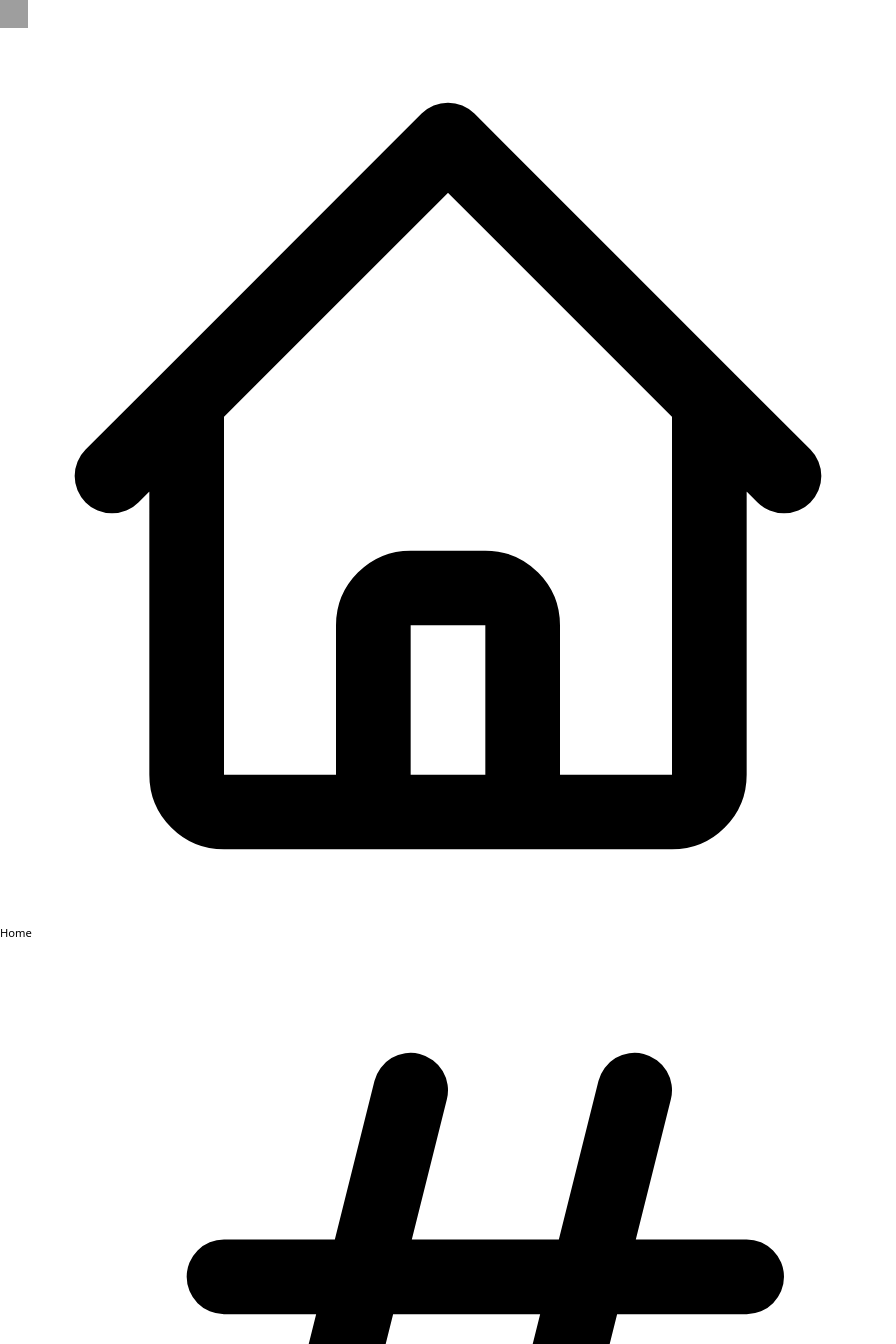
Repository: kushagrasaxena061/Twitter-sanity
Page: /
These files come from the project's save history. The page is drawn as it stood at one moment and after the next save; the edit follows.
The browser window is 1280 px wide. The pictures show the part of the page from y = 0 to 1920 px (the page is 7864 px tall before and 720 px after), at 70% of full size.
Pictures or frames that could not be fetched are drawn as grey boxes. The project was rebuilt for these pictures with package versions that can differ from the ones it lists, and the page was loaded fresh each time. The framework's server and built-in components were replaced by stand-ins that run in the browser. Also part of the build but not shown: next.config.js.

Above is the page before, as saved 2022-10-17 23:40:04.

### pages/index.js
import Head from "next/head"
import Sidebar from "../components/Sidebar.tsx"


const Home = () => {
  return (
    <div>
      <Head>
        <title>Twitter</title>
      </Head>
      <main>
        <Sidebar/>
      </main>
    </div>
  );
}

export default Home

### components/Sidebar.tsx
import React from 'react'
import {BellIcon,HashtagIcon,BookmarkIcon,CollectionIcon,DotsCircleHorizontalIcon,MailIcon,UserIcon,HomeIcon} from "@heroicons/react/outline"
import SidebarRow from "./SidebarRow"

export default function Sidebar() {
  return (
    <div>
        <img className="h-10 w-10" src="https://links.papareact.com/drq" alt="Not available"/>
        <SidebarRow Icon={HomeIcon} title="Home"/>
        <SidebarRow Icon={HashtagIcon} title="Explore"/>
        <SidebarRow Icon={BellIcon} title="Notifications"/>
        <SidebarRow Icon={MailIcon} title="Messages"/>
        <SidebarRow Icon={BookmarkIcon} title="Bookmarks"/>
        <SidebarRow Icon={CollectionIcon} title="Lists"/>
    </div>
  )
}

### components/SidebarRow.tsx
import React from 'react'


// what props do I expect
// what datatype will it be
interface Props{
    Icon: (props: React.SVGProps<SVGSVGElement>) => JSX.Element
    title : string
}

export default function SidebarRow({Icon, title}:Props) {
  return (
    <div>
      <Icon/>
      <p>{title}</p>
    </div>
  )
}

Loaded but not shown: pages/_app.js (common file); styles/globals.css (common file); tailwind.config.js (common file)

After the next save:
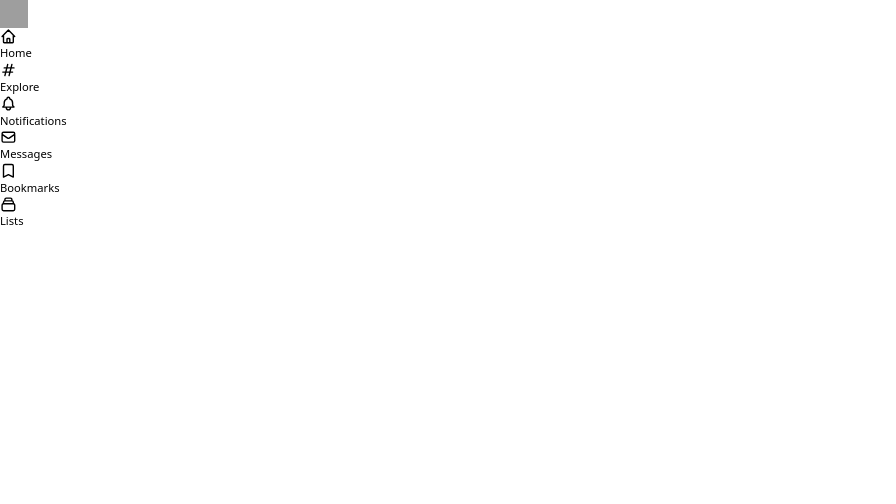
Saved 26 s later.
--- a/components/SidebarRow.tsx
+++ b/components/SidebarRow.tsx
@@ -11,7 +11,7 @@ interface Props{
 export default function SidebarRow({Icon, title}:Props) {
   return (
     <div>
-      <Icon/>
+      <Icon className="h-6 w-6" />
       <p>{title}</p>
     </div>
   )
